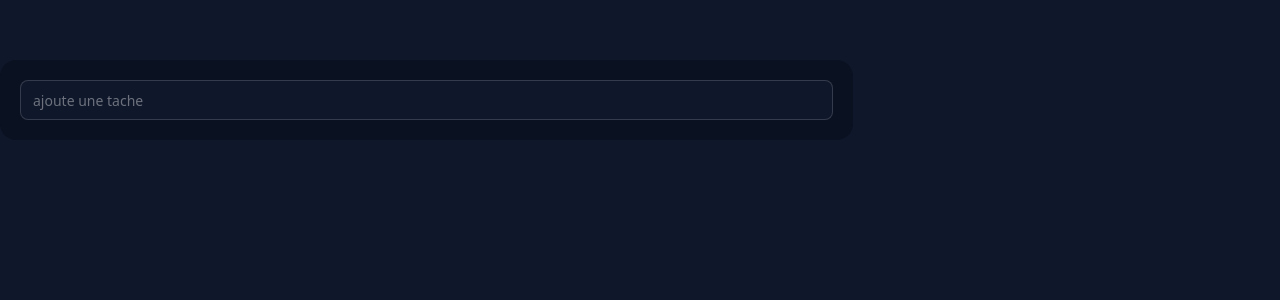
Repository: gradi243/react_ex_tuto
Page: /
These files come from the project's save history. The page is drawn as it stood at one moment and after a run of saves; the edit follows.
The browser window is 1280 px wide. The pictures show the whole page.
The project was rebuilt for these pictures with package versions that can differ from the ones it lists, and the page was loaded fresh each time. Also part of the build but not shown: vite.config.ts.

Above is the page before, as saved 2025-09-13 23:55:34.

After the next 3 saves:
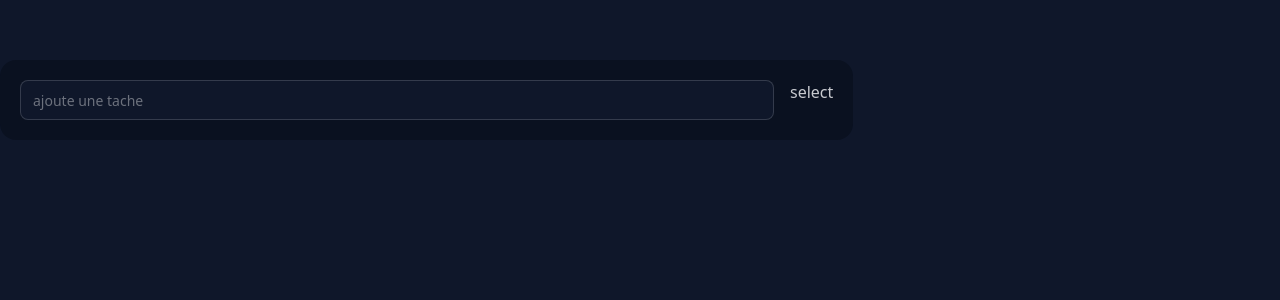
The 3 saves are shown as one change because they came seconds apart.
The last was saved 25 s later.
--- a/src/App.tsx
+++ b/src/App.tsx
@@ -17,6 +17,8 @@ function App(){
           className="input w-full"
           placeholder="ajoute une tache"
           />
+
+          select
         </div>
       </div>
     </div>
